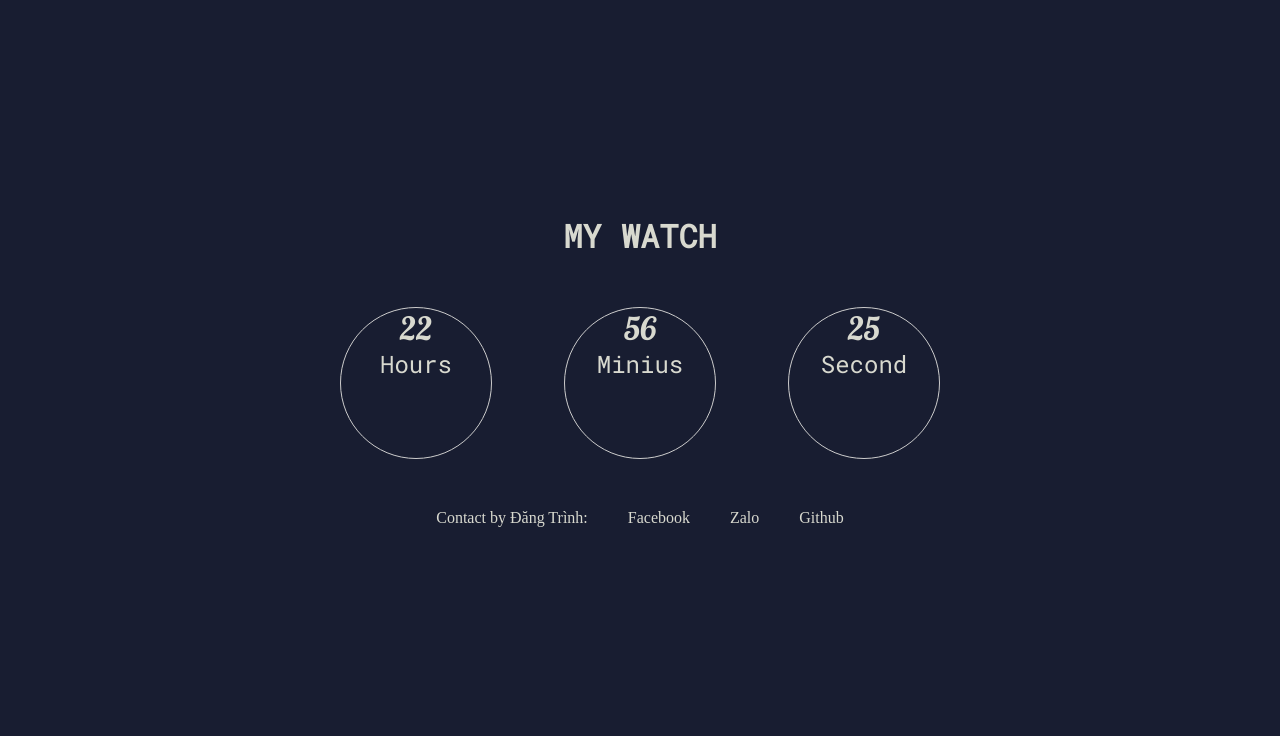
Repository: Dangtrinh28/myWatch
Page: index.html
These files come from the project's save history. The page is drawn as it stood at one moment and after a run of saves; the edit follows.
The browser window is 1280 px wide. The pictures show the whole page.

Above is the page before, as saved 2022-12-07 00:19:38.

### index.html
<!DOCTYPE html>
<html lang="en">

<head>
    <meta charset="UTF-8">
    <meta http-equiv="X-UA-Compatible" content="IE=edge">
    <meta name="viewport" content="width=device-width, initial-scale=1.0">
    <title>MY WATCH</title>
    <link rel="stylesheet" href="./styles/main.css">
</head>

<body>

    <div class="container">
        <div class="container__heading">
            <h1>MY WATCH</h1>
        </div>

        <div class="watch__box">
            <div class="watch_list">
                <div class="watch_box-item">
                    <div class="box">
                        <div id="hours" class="watch-item">0</div>
                    <span>Hours</span>
                    </div>
                </div>

                <div class="watch_box-item">
                    <div id="minius" class="watch-item">0</div>
                    <span>Minius</span>
                </div>

                <div class="watch_box-item">
                    <div id="second" class="watch-item">0</div>
                    <span>Second</span>
                </div>
            </div>
        </div>

        <ul class="contact">
            <li class="contact__item">
                <a class="contact__link" href="">Contact by Đăng Trình:</a>
            </li>

            <li class="contact__item">
                <a class="contact__link" href="">Facebook</a>
            </li>
            <li class="contact__item">
                <a class="contact__link" href="">Zalo</a>
            </li>
            <li class="contact__item">
                <a class="contact__link" href="">Github</a>
            </li>
        </ul>
    </div>

    <script src="./js/app.js"></script>
</body>

</html>

### styles/main.css
@import url('https://fonts.googleapis.com/css2?family=Lobster&display=swap');
@import url('https://fonts.googleapis.com/css2?family=Roboto+Mono:wght@300;400&display=swap');

body {
    height: 100vh;
    background-color: #181D31;
    display: flex;
    justify-content: center;
    align-items: center;
}

.container {
    text-align: center;
    color: #D8D9CF;
}

.container__heading {
    font-family: 'Roboto Mono', monospace;

}

.watch__box {
    margin: 50px;
}

.watch_list {
    width: 600px;
    display: flex;
    justify-content: space-between;
    align-items: center;
    color: #D8D9CF;
    font-size: 24px;
}

.watch_box-item {
    border: 1px solid #ccc;
    width: 150px;
    height: 150px;
    border-radius: 50%;
}

.watch_box-item span{
    font-family: 'Roboto Mono', monospace;
}

.watch-item {
    font-size: 32px;
    font-family: 'Lobster', cursive;
}

.house {

}

.minius {

}

.second {

}

.contact {
    display: flex;
    list-style: none;
    padding: 0;
    justify-content: center;
}

.contact__item {
    margin: 0 20px;
}

.contact__link {
    text-decoration: none;
    color: #D8D9CF;

}

### js/app.js
function myTime() {
  let now = new Date();
  let h = now.getHours();
  let m = now.getMinutes();
  let s = now.getSeconds();

  document.getElementById("hours").innerHTML = h;
  document.getElementById("minius").innerHTML = m;
  document.getElementById("second").innerHTML = s;

  setTimeout("myTime()",1000);
}

myTime()

After the next 2 saves:
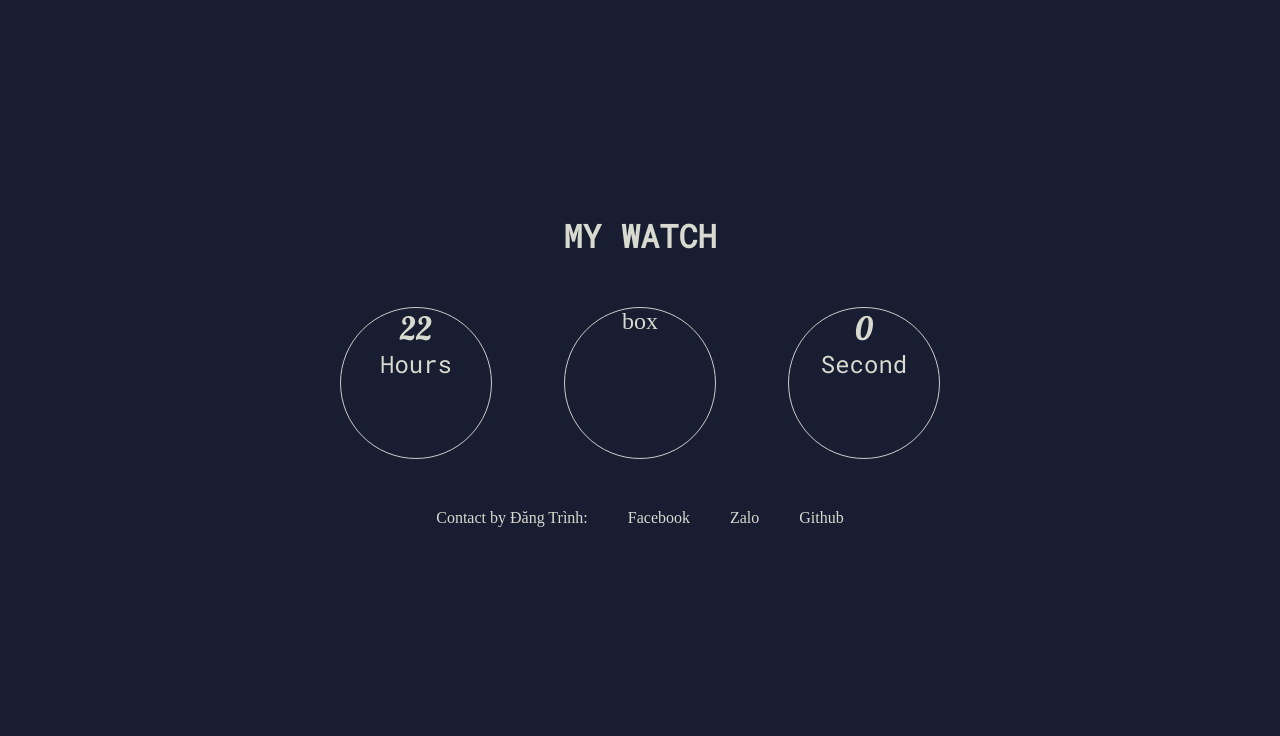
Console error: TypeError: Cannot set properties of null (setting 'innerHTML')
The 2 saves are shown as one change because they came seconds apart.
The last was saved 15 s later.
--- a/index.html
+++ b/index.html
@@ -26,8 +26,7 @@
                 </div>
 
                 <div class="watch_box-item">
-                    <div id="minius" class="watch-item">0</div>
-                    <span>Minius</span>
+                    box
                 </div>
 
                 <div class="watch_box-item">

After the save that followed:
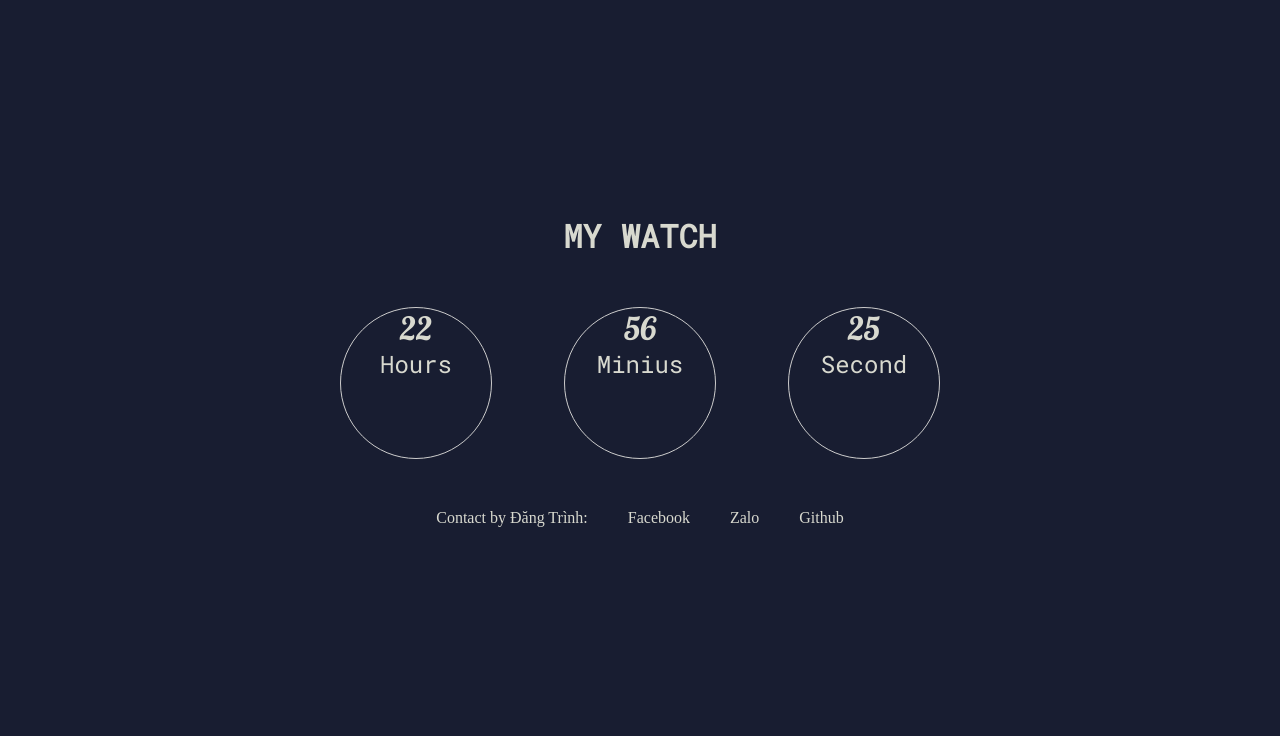
The error is gone.
Saved 4 s later.
--- a/index.html
+++ b/index.html
@@ -26,7 +26,10 @@
                 </div>
 
                 <div class="watch_box-item">
-                    box
+                    <div class="box">
+                        <div id="minius" class="watch-item">0</div>
+                    <span>Minius</span>
+                    </div>
                 </div>
 
                 <div class="watch_box-item">
